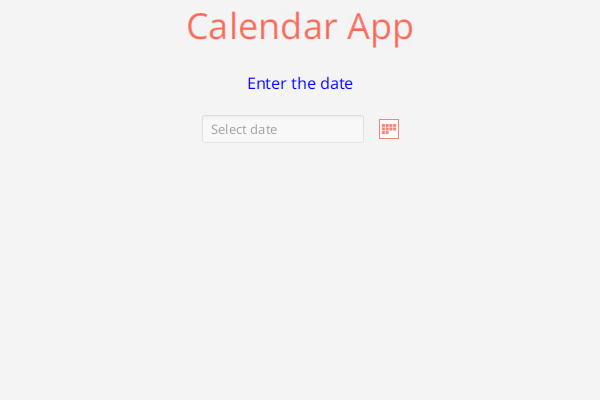
Repository: abhisheknaik96/Calendar-app
Program's window: java Calendar-app/src/simple_calendar/simple_calendar/SimpleCalendarDemo.java
An editor plug-in stored every save of this project. The program's window is shown before and after a run of saves, followed by the edit.
It runs on Java 21 on a 1366 x 768 screen with JavaFX 11; the title bar is not drawn. It also reads Calendar-app/src/simple_calendar/simple_calendar/style/calender_icon.png.

Above is the program's window before, as saved 2015-04-06 17:10:53.

### Calendar-app/src/simple_calendar/simple_calendar/SimpleCalendarDemo.java
/**
*  This file is part of SimpleCalendar.

*  SimpleCalendar is free software: you can redistribute it and/or modify
*  it under the terms of the GNU General Public License as published by
*  the Free Software Foundation, either version 3 of the License, or
*  (at your option) any later version.

*  SimpleCalendar is distributed in the hope that it will be useful,
*  but WITHOUT ANY WARRANTY; without even the implied warranty of
*  MERCHANTABILITY or FITNESS FOR A PARTICULAR PURPOSE.  See the
*  GNU General Public License for more details.

*  <http://www.gnu.org/licenses/>.

*/
package simple_calendar.simple_calendar;

import java.text.SimpleDateFormat;
import java.util.Date;

import javafx.application.Application;
import javafx.beans.value.ChangeListener;
import javafx.beans.value.ObservableValue;
import javafx.geometry.Pos;
import javafx.scene.Scene;
import javafx.scene.control.Label;
import javafx.scene.control.TextField;
import javafx.scene.layout.HBox;
import javafx.scene.layout.StackPane;
import javafx.scene.layout.VBox;
import javafx.scene.text.TextAlignment;
import javafx.stage.Stage;

public class SimpleCalendarDemo extends Application {

	@Override
	public void start(Stage stage) throws Exception {
        stage.setTitle("Simple Calendar Demo");
		StackPane root = new StackPane();
		root.setId("root");
        Scene scene = new Scene(root, 600, 400);
        stage.setScene(scene);
        scene.getStylesheets().addAll(SimpleCalendarDemo.class.getResource("style/simple_calendar.css").toExternalForm());
        VBox vbox = new VBox(20);
        vbox.setAlignment(Pos.TOP_CENTER);
        Label label = new Label("Calendar App");
        label.setId("DemoLabel");
        label.setTextAlignment(TextAlignment.CENTER);

        Label enterDate = new Label("Enter the date");
        enterDate.setId("EnterDateLabel");
        enterDate.setAlignment(Pos.TOP_LEFT);

        HBox dateBox = new HBox(15);
        dateBox.setAlignment(Pos.CENTER);
        final TextField dateField = new TextField("Select date");
        dateField.setEditable(false);
        dateField.setDisable(true);
        SimpleCalendar simpleCalender = new SimpleCalendar();
        simpleCalender.dateProperty().addListener(new ChangeListener<Date>() {

			@Override
			public void changed(ObservableValue<? extends Date> ov,
					Date oldDate, Date newDate) {
				dateField.setText((new SimpleDateFormat("dd/MM/yyyy")).format(newDate));

			}
		});
        dateBox.getChildren().addAll(dateField, simpleCalender);

        vbox.getChildren().addAll(label, enterDate, dateBox);

        root.getChildren().add(vbox);

        stage.show();

	}

	public static void main(String[] args) {
		launch(args);
	}



}

### Calendar-app/src/simple_calendar/simple_calendar/SimpleCalendar.java
/**
*  This file is part of SimpleCalendar.

*  SimpleCalendar is free software: you can redistribute it and/or modify
*  it under the terms of the GNU General Public License as published by
*  the Free Software Foundation, either version 3 of the License, or
*  (at your option) any later version.

*  SimpleCalendar is distributed in the hope that it will be useful,
*  but WITHOUT ANY WARRANTY; without even the implied warranty of
*  MERCHANTABILITY or FITNESS FOR A PARTICULAR PURPOSE.  See the
*  GNU General Public License for more details.

*  <http://www.gnu.org/licenses/>.

*/
package simple_calendar.simple_calendar;

import java.util.Date;

import javafx.beans.property.ObjectProperty;
import javafx.beans.value.ChangeListener;
import javafx.beans.value.ObservableValue;
import javafx.event.ActionEvent;
import javafx.event.EventHandler;
import javafx.geometry.Point2D;
import javafx.scene.Parent;
import javafx.scene.control.Button;
import javafx.scene.layout.VBox;
import javafx.stage.Popup;

/**
 * A simple calendar to pick up a date.
 *
 */
public class SimpleCalendar extends VBox{

	private Popup popup;
	final DatePicker datePicker;

	public SimpleCalendar() {
		popup = new Popup();
		popup.setAutoHide(false);
		popup.setAutoFix(false);
		popup.setHideOnEscape(false);

		datePicker = new DatePicker();
		datePicker.dateProperty().addListener(new ChangeListener<Date>() {

			@Override
			public void changed(ObservableValue<? extends Date> ov,
					Date oldDate, Date newDate) {
				if (popup.isShowing())
					popup.hide();

			}
		});
		popup.getContent().add(datePicker);

		final Button calenderButton = new Button();
		calenderButton.setId("CalenderButton");
		calenderButton.setOnAction(new EventHandler<ActionEvent>() {

			@Override
			public void handle(ActionEvent ae) {
				Parent parent = SimpleCalendar.this.getParent();
				// Popup will be shown at upper left corner of calenderbutton
				Point2D point = calenderButton.localToScene(0, 0);
				final double layoutX = parent.getScene().getWindow().getX() + parent.getScene().getX() + point.getX();
				final double layoutY = parent.getScene().getWindow().getY() + parent.getScene().getY() + point.getY();
				popup.show(SimpleCalendar.this, layoutX, layoutY);

			}
		});

		getChildren().add(calenderButton);
	}

	/**
	 * @return a string bean property to bind the date information to a desired node
	 */
	public ObjectProperty<Date> dateProperty() {
		return datePicker.dateProperty();
	}

}

### Calendar-app/src/simple_calendar/simple_calendar/DatePicker.java
/**
*  This file is part of SimpleCalendar.

*  SimpleCalendar is free software: you can redistribute it and/or modify
*  it under the terms of the GNU General Public License as published by
*  the Free Software Foundation, either version 3 of the License, or
*  (at your option) any later version.

*  SimpleCalendar is distributed in the hope that it will be useful,
*  but WITHOUT ANY WARRANTY; without even the implied warranty of
*  MERCHANTABILITY or FITNESS FOR A PARTICULAR PURPOSE.  See the
*  GNU General Public License for more details.

*  <http://www.gnu.org/licenses/>.

*/
package simple_calendar.simple_calendar;

import java.text.SimpleDateFormat;
import java.util.Calendar;
import java.util.Date;
import java.util.GregorianCalendar;

import javafx.beans.property.ObjectProperty;
import javafx.beans.property.SimpleObjectProperty;
import javafx.event.ActionEvent;
import javafx.event.EventHandler;
import javafx.geometry.Pos;
import javafx.scene.control.Button;
import javafx.scene.control.Label;
import javafx.scene.input.MouseEvent;
import javafx.scene.layout.HBox;
import javafx.scene.layout.StackPane;
import javafx.scene.layout.VBox;
import javafx.scene.shape.LineTo;
import javafx.scene.shape.MoveTo;
import javafx.scene.shape.Path;

public class DatePicker extends StackPane {
	private boolean isSundayFirstDay = true;
	private Calendar today;
	private ObjectProperty<Date> dateProperty;
	private final DayCell[] dayCells;
	private int month;
	private int year;
	private final static int COLUMN_NUMBER = 7;
	private final static int ROW_NUMBER = 6;
	private final static double CELL_HEIGHT = 20;
	private final static double CELL_WIDTH = 25;
	private final static double ARROW_SIZE = CELL_HEIGHT * 0.3;
	private final static String DATEPICKER_OTHERMONTH = "datepicker-othermonth-cell";
	private final static String DATEPICKER_TODAY = "datepicker-today-cell";
	private final static String DATEPICKER_MONTH = "datepicker-month-cell";
	private final static String DATEPICKER_WEEKDAY = "datepicker-weekday-row";
	private final static String DATEPICKER_MONTHYEAR = "datepicker-monthyear-row";
	private final static String DATEPICKER_ARROW = "DatepickerArrow";
	private final static String DATEPICKER_DAYCELL = "DatepickerDayCell";
	private final static String DATEPICKER_TODAYBUTTON = "DatepickerTodayButton";
	private final static String DATEPICKER_TODAYBUTTONBOX = "DatepickerTodayButtonBox";
	private String[] cellStyleList = {DATEPICKER_OTHERMONTH, DATEPICKER_TODAY, DATEPICKER_MONTH};

	/**
	 * Constructor of DatePicker class
	 */
	public DatePicker(){
		super();
		VBox pickerBox = new VBox();
		setId("DatePicker");
		today = Calendar.getInstance();
		// Check whether Sunday is the first day of the week
		isSundayFirstDay = today.getFirstDayOfWeek() == 1 ? true : false;
		month = today.get(Calendar.MONTH);
		year = today.get(Calendar.YEAR);
		dateProperty = new SimpleObjectProperty<Date>((new GregorianCalendar()).getTime());

		// First block of the picker pane, which is constructed to show month and year and to change them by decreasing and increasing.
		HBox monthYearRow = new HBox();
		final Label monthYear = new Label(getMonthYear((new GregorianCalendar()).getTime()));
		monthYear.setMinHeight(CELL_HEIGHT * 1.5);
		monthYear.setMinWidth(CELL_WIDTH * 6.0);
		monthYear.setAlignment(Pos.CENTER);
		monthYearRow.getStyleClass().add(DATEPICKER_MONTHYEAR);
		Path decrementArrow = new Path();
		decrementArrow.setId(DATEPICKER_ARROW);
		decrementArrow.getElements().addAll(new MoveTo(0, ARROW_SIZE), new LineTo(0, -ARROW_SIZE),
				new LineTo(-ARROW_SIZE, 0), new LineTo(0, ARROW_SIZE));
		decrementArrow.setOnMouseClicked(new EventHandler<MouseEvent>() {
			@Override
			public void handle(MouseEvent me) {
				month--;
				if(month < 0) {
					month = Calendar.DECEMBER;
					year--;
				}
				monthYear.setText(getMonthYear((new GregorianCalendar(year, month, 1)).getTime()));
				setDayCells();
				me.consume();
			}
		});
		Path inreamentArrow = new Path();
		inreamentArrow.setId(DATEPICKER_ARROW);
		inreamentArrow.getElements().addAll(new MoveTo(0, ARROW_SIZE), new LineTo(0, -ARROW_SIZE),
				new LineTo(ARROW_SIZE, 0), new LineTo(0, ARROW_SIZE));
		inreamentArrow.setOnMouseClicked(new EventHandler<MouseEvent>() {
			@Override
			public void handle(MouseEvent me) {
				month++;
				if(month > Calendar.DECEMBER) {
					month = Calendar.JANUARY;
					year++;
				}
				monthYear.setText(getMonthYear((new GregorianCalendar(year, month, 1)).getTime()));
				setDayCells();
				me.consume();
			}
		});
		monthYearRow.getChildren().addAll(decrementArrow, monthYear, inreamentArrow);
		monthYearRow.setAlignment(Pos.CENTER);

		// Second block of the picker pane, which is constructed to show the first letter of names of days in the week.
		HBox firstLetterOfDayRow = new HBox();
		firstLetterOfDayRow.getStyleClass().add(DATEPICKER_WEEKDAY);
		String[] weekDays = getFirstLettersOfDays();
		for (int i = 0; i < weekDays.length; i++) {
			Label cell = new Label(weekDays[i]);
			cell.setMinHeight(CELL_HEIGHT);
			cell.setMinWidth(CELL_WIDTH);
			cell.setAlignment(Pos.CENTER);
			firstLetterOfDayRow.getChildren().add(cell);
		}
		pickerBox.getChildren().addAll(monthYearRow, firstLetterOfDayRow);

		// Third block of the picker pane, which is constructed to show the days in a ROW_NUMBER by COLUMN_NUMBER matrix.
		// The matrix constitutes of DayCell class which extends Label class and holds date information.
		dayCells = new DayCell[COLUMN_NUMBER * ROW_NUMBER];
		int index = 0;
		for (int i = 0; i < ROW_NUMBER; i++) {
			HBox row = new HBox();
			for (int j = 0; j < COLUMN_NUMBER; j++) {
				DayCell cell = createCell(0, 0, 0);
				row.getChildren().add(cell);
				cell.setId(DATEPICKER_DAYCELL);
				dayCells[index++] = cell;
			}
			pickerBox.getChildren().add(row);
		}

		Button todayButton = new Button("Today");
		todayButton.setId(DATEPICKER_TODAYBUTTON);
		todayButton.setOnAction(new EventHandler<ActionEvent>() {

			@Override
			public void handle(ActionEvent ae) {
				dateProperty.setValue((new GregorianCalendar(0, 0, 0)).getTime());
				dateProperty.setValue(
						(new GregorianCalendar(
								today.get(Calendar.YEAR),
								today.get(Calendar.MONTH),
								today.get(Calendar.DAY_OF_MONTH))).getTime());

			}
		});

		HBox todayButtonBox = new HBox();
		todayButtonBox.setId(DATEPICKER_TODAYBUTTONBOX);
		todayButtonBox.setAlignment(Pos.CENTER);
		todayButtonBox.getChildren().add(todayButton);

		pickerBox.getChildren().add(todayButtonBox);

		getChildren().add(pickerBox);

		// Setter of the day cells
		setDayCells();
	}

	/**
	 * @return DateProperty to bind to parent node
	 */
	public ObjectProperty<Date> dateProperty(){
		return dateProperty;
	}

	/**
	 * @return an array of first letters of the week days based on default locale.
	 * Monday is defined as the first day of the week in some locales. This property
	 * is controlled by <code>isSundayFirstDay</code> variable in the constructor of the
	 * <code>DatePicker</code> class.
	 */
	private String[] getFirstLettersOfDays(){
		String[] firstLettersOfDays = new String[7];
		int d = isSundayFirstDay ? 1 : 2;
		// Use sequential dates to get the names of days of the week.
		for (int i = 0; i < firstLettersOfDays.length; i++) {
			firstLettersOfDays[i] =
					(new SimpleDateFormat("EEEE"))
					.format((new GregorianCalendar(0, 0, 3 + d + i))
					.getTime())
					.substring(0, 1);
		}

		return firstLettersOfDays;
	}

	/**
	 * @param date is the Gregorian date to be formatted
	 * @return the formatted date in the form of "Month, Year" like "January, 2012"
	 */
	private String getMonthYear(Date date){

		return (new SimpleDateFormat("MMMM, YYYY")).format(date);
	}

	/**
	 * Setter of cells in the matrix based on the month and the year. It takes 1 as the first day of the month
	 * to create a calendar. Once the calendar created it is calculated which day of the week is the first
	 * day of the month. Firstly, the cells for the days of previous month are set if any, and then the cells
	 * for the days of present month are set, and finally the cells for the next month are set.
	 */
	private void setDayCells(){
		Calendar calendar = Calendar.getInstance();
		calendar.set(Calendar.YEAR, year);
		calendar.set(Calendar.MONTH, month);
		calendar.set(Calendar.DAY_OF_MONTH, 1);
		// Calendar.DAY_OF_WEEK uses base 1. That's why one is subtracted.
		int firstDayOfMonth = calendar.get(Calendar.DAY_OF_WEEK) - 1;
		// Check whether Sunday is the first day of the week. If not, shift the first day
		if(!isSundayFirstDay){
			firstDayOfMonth += 6;
			if (firstDayOfMonth > 7)
				firstDayOfMonth -= 7;
		}
		int daysInMonth = calendar.getActualMaximum(Calendar.DAY_OF_MONTH);
		calendar.set(Calendar.MONTH, month - 1);
		int daysInPreviousMonth = calendar.getActualMaximum(Calendar.DAY_OF_MONTH);

		// Set the cells for the days of previous month
		for (int i = 0; i < firstDayOfMonth; i++) {
			int m = month - 1;
			int y = year;
			if (m < 0) {
				m = Calendar.DECEMBER;
				y--;
			}
			DayCell cell = dayCells[i];
			cell.setDate(daysInPreviousMonth - (firstDayOfMonth) + i + 1, m, y);
			cell.getStyleClass().removeAll(cellStyleList);
			cell.getStyleClass().add(DATEPICKER_OTHERMONTH);
		}

		// Set the cells for the days of month to be presented
		int day = 1;
		for (int i = firstDayOfMonth; i < daysInMonth + firstDayOfMonth; i++) {
			DayCell cell = dayCells[i];
			cell.setDate(day++, month, year);
			calendar.set(Calendar.YEAR, year);
			calendar.set(Calendar.MONTH, month);
			calendar.set(Calendar.DAY_OF_MONTH, cell.getDay());
			cell.getStyleClass().removeAll(cellStyleList);
			if (isToday(calendar))
				cell.getStyleClass().add(DATEPICKER_TODAY);
			else
				cell.getStyleClass().add(DATEPICKER_MONTH);
		}

		// Set the cells for the days of next month
		day = 1;
		for (int i = firstDayOfMonth + daysInMonth; i < COLUMN_NUMBER * ROW_NUMBER; i++) {
			int m = month + 1;
			int y = year;
			if (m > Calendar.DECEMBER) {
				m = Calendar.JANUARY;
				y++;
			}
			DayCell cell = dayCells[i];
			cell.setDate(day++, m, y);
			cell.getStyleClass().removeAll(cellStyleList);
			cell.getStyleClass().add(DATEPICKER_OTHERMONTH);
		}
	}

	/**
	 * @param calendar is to be compared
	 * @return true if the compared calendar is today
	 */
	private boolean isToday(Calendar calendar){

		return today.get(Calendar.YEAR) == calendar.get(Calendar.YEAR) &&
				today.get(Calendar.MONTH) == calendar.get(Calendar.MONTH) &&
				today.get(Calendar.DAY_OF_MONTH) == calendar.get(Calendar.DAY_OF_MONTH);

	}

	/**
	 * @param dayNumber is the day contained by the cell and used for label text
	 * @param month is the month contained by the cell. Its base is 0.
	 * @param year is the year contained by the cell
	 * @return the created cell which will be located in the matrix.
	 */
	private DayCell createCell(int dayNumber, int month, int year){
		final DayCell cell = new DayCell(dayNumber, month, year);
		cell.setMinHeight(CELL_HEIGHT);
		cell.setMinWidth(CELL_WIDTH);
		cell.setAlignment(Pos.CENTER);
		cell.setOnMouseClicked(new EventHandler<MouseEvent>() {
			@Override
			public void handle(MouseEvent me) {
				dateProperty.setValue((new GregorianCalendar(0, 0, 0)).getTime());
				dateProperty.setValue(
						(new GregorianCalendar(
								cell.getYear(),
								cell.getMonth(),
								cell.getDay())).getTime());
				me.consume();
			}
		});

		return cell;
	}

	/**
	 * DayCell class is an extension of Label class and designed to hold the date
	 * information. The day of the date is used to set the text of super class.
	 *
	 */
	private class DayCell extends Label {
		private int d;
		private int m;
		private int y;

		public DayCell(int day, int month, int year) {
			 super(String.valueOf(day));
		}

		public int getDay() {
			return d;
		}

		public int getMonth() {
			return m;
		}

		public int getYear() {
			return y;
		}

		public void setDate(int day, int month, int year){
			this.d = day;
			setText(String.valueOf(day));
			this.m = month;
			this.y = year;
		}
	}
}

### Calendar-app/src/simple_calendar/simple_calendar/style/simple_calendar.css
/**
*  This file is part of SimpleCalender.

*  SimpleCalender is free software: you can redistribute it and/or modify
*  it under the terms of the GNU General Public License as published by
*  the Free Software Foundation, either version 3 of the License, or
*  (at your option) any later version.

*  SimpleCalender is distributed in the hope that it will be useful,
*  but WITHOUT ANY WARRANTY; without even the implied warranty of
*  MERCHANTABILITY or FITNESS FOR A PARTICULAR PURPOSE.  See the
*  GNU General Public License for more details.

*  <http://www.gnu.org/licenses/>.

*/
#DemoLabel {
	-fx-font-size: 36px;
	-fx-text-fill: salmon;
}
#EnterDateLabel {
	-fx-font-size: 16px;
	-fx-text-fill: blue;
}
#DatepickerArrow {
	-fx-fill: gray;
	-fx-stroke: gray;
}
#DatepickerArrow:hover {
	-fx-fill: black;
	-fx-stroke: black;
}
#DatePicker {
	-fx-background-color: linear-gradient(to bottom, white, wheat);
    -fx-border-color: black;
}
#DatepickerDayCell {
	-fx-background-color: transparent;
	-fx-border-radius: 4;
	-fx-spacing: 0;
}
#DatepickerDayCell:hover {
	-fx-background-color: azure;
	-fx-border-color: royalblue;
	-fx-border-radius: 3;
	-fx-text-fill: royalblue;
}
#DatepickerDayCell .datepicker-today-cell {
    -fx-background-color: lightsteelblue;
   	-fx-border-radius: 3;
   	-fx-border-style: segments(2,2);
   	-fx-border-color: royalblue;
    -fx-text-fill: royalblue;
	-fx-font-size: 12px;
}
.datepicker-weekday-row {
    -fx-background-color: linear-gradient(to bottom, gray, lightgray, lightgray, lightgray, gray);
    -fx-text-fill: black;
	-fx-font-size: 12px;
}
.datepicker-monthyear-row {
	-fx-background-color: linear-gradient(to bottom, beige, lightsalmon, beige);
	-fx-text-fill: black;
	-fx-font-size: 12px;
}
.datepicker-othermonth-cell {
   	-fx-border-radius: 4;
    -fx-text-fill: gray;
	-fx-font-size: 12px;
}
#DatepickerTodayButton {
	-fx-font-size: 12px;
}
#DatepickerTodayButtonBox {
	-fx-padding: 5;
}
#CalenderButton {
    -fx-font-size: 14px;
	-fx-background-image: url("calender_icon.png");
	-fx-background-color: null;
	-fx-background-repeat: no-repeat;
	-fx-background-position: center;
}

After the next 2 saves:
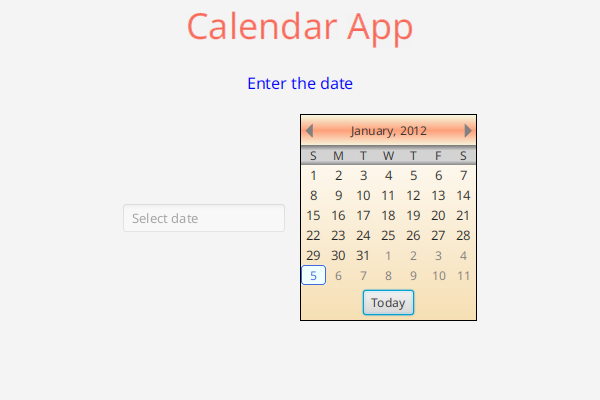
The 2 saves are shown as one change because 1 did not build or start.
The last was saved 31 min 28 s later.
--- a/Calendar-app/src/simple_calendar/simple_calendar/SimpleCalendarDemo.java
+++ b/Calendar-app/src/simple_calendar/simple_calendar/SimpleCalendarDemo.java
@@ -57,7 +57,7 @@
         final TextField dateField = new TextField("Select date");
         dateField.setEditable(false);
         dateField.setDisable(true);
-        SimpleCalendar simpleCalender = new SimpleCalendar();
+        /*SimpleCalendar simpleCalender = new SimpleCalendar();
         simpleCalender.dateProperty().addListener(new ChangeListener<Date>() {
 
 			@Override
@@ -66,8 +66,9 @@
 				dateField.setText((new SimpleDateFormat("dd/MM/yyyy")).format(newDate));
 
 			}
-		});
-        dateBox.getChildren().addAll(dateField, simpleCalender);
+		});*/
+        DatePicker simpleCal = new DatePicker();
+        dateBox.getChildren().addAll(dateField, simpleCal);
 
         vbox.getChildren().addAll(label, enterDate, dateBox);
 
